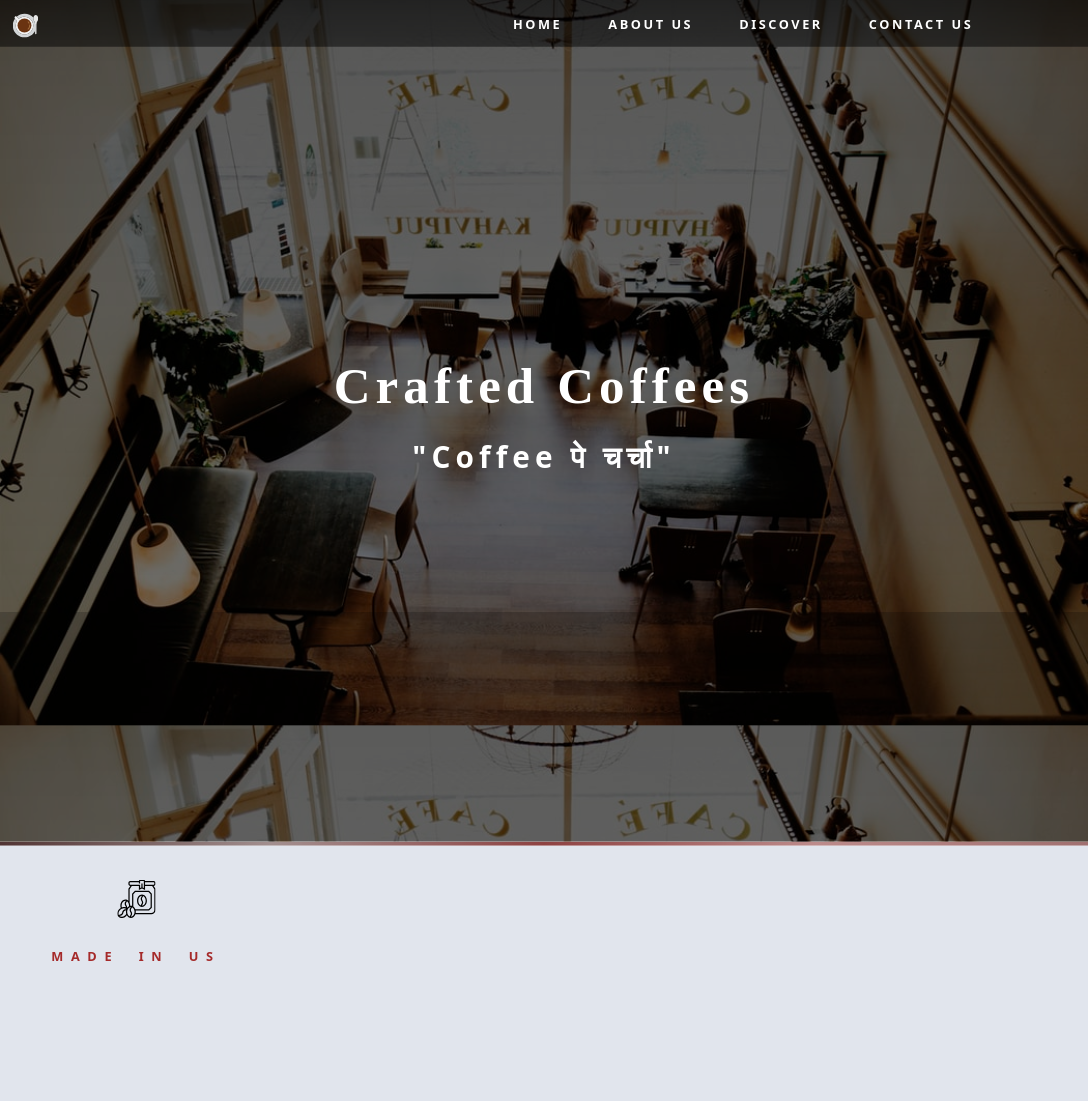
Repository: Aditya0377/Assignments
Page: Assignment/coffee/index.html
The author's editor kept a copy of each file at every save. The page is drawn from the files as they stood at one save, then again after the next save.
The browser window is 1280 px wide. The pictures show the whole page, at 85% of full size.
Backgrounds fixed to the window are drawn as part of the page. Some web libraries are served in a nearby version.

Above is the page before, as saved 2024-02-02 14:30:04.

After the next save:
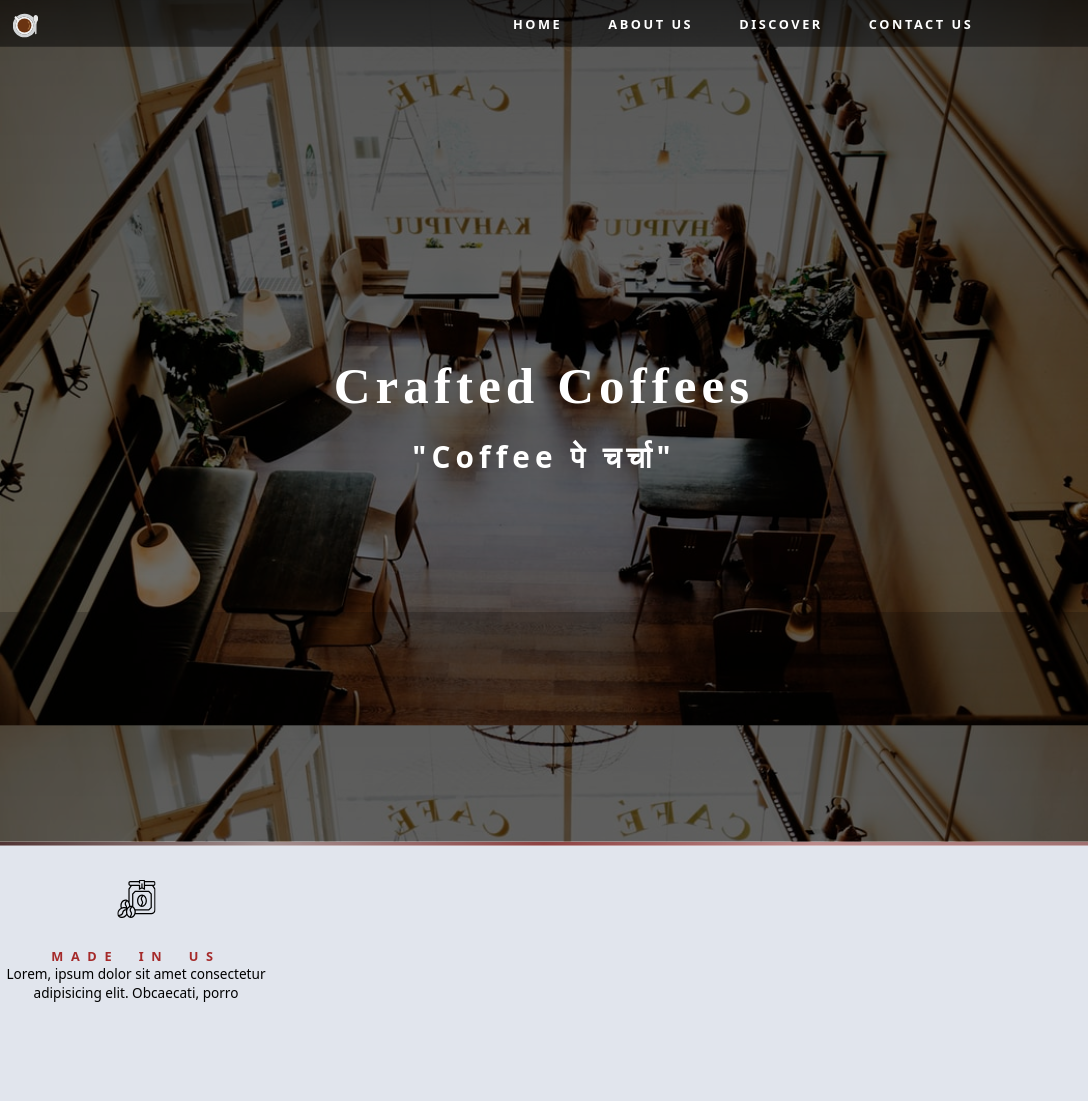
Saved 19 s later.
--- a/Assignment/coffee/index.html
+++ b/Assignment/coffee/index.html
@@ -35,7 +35,7 @@
         <div class="onecont">
             <div><img src="assets/coffeebag.svg" alt="" class="onelogo"></div>
             <div class="onehead">MADE IN US</div>
-            <div class="lorem"></div>
+            <div class="lorem">Lorem, ipsum dolor sit amet consectetur adipisicing elit. Obcaecati, porro</div>
         </div>
     </div>
 </body>
